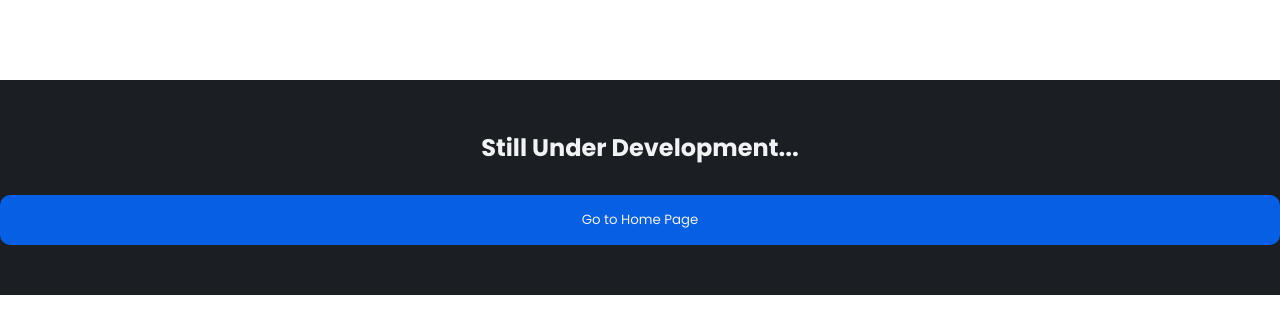
Repository: ayoubgharts/nextjs_protfolio
Page: /tutorials
The author's editor kept a copy of each file at every save. The page is drawn from the files as they stood at one save, then again after a run of saves.
The browser window is 1280 px wide. The pictures show the whole page.
The project was rebuilt for these pictures with package versions that can differ from the ones it lists, and the page was loaded fresh each time. The framework's server and built-in components were replaced by stand-ins that run in the browser. Also part of the build but not shown: next.config.mjs.

Above is the page before, as saved 2024-09-13 13:26:04.

After the next 6 saves:
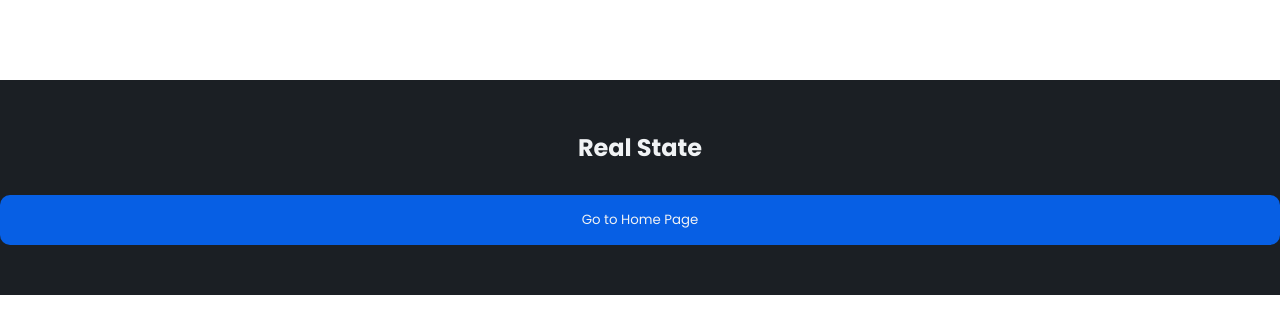
The 6 saves are shown as one change because they came seconds apart.
The last was saved 259 days later.
--- a/src/app/tutorials/page.jsx
+++ b/src/app/tutorials/page.jsx
@@ -13,7 +13,7 @@
   return (
     <main className={styles.tutorials}>
       <Container>
-        <h2>Still Under Development...</h2>
+        <h2>Real State</h2>
         <Link href="/">
           <button className={styles.button}>Go to Home Page</button>
         </Link>
